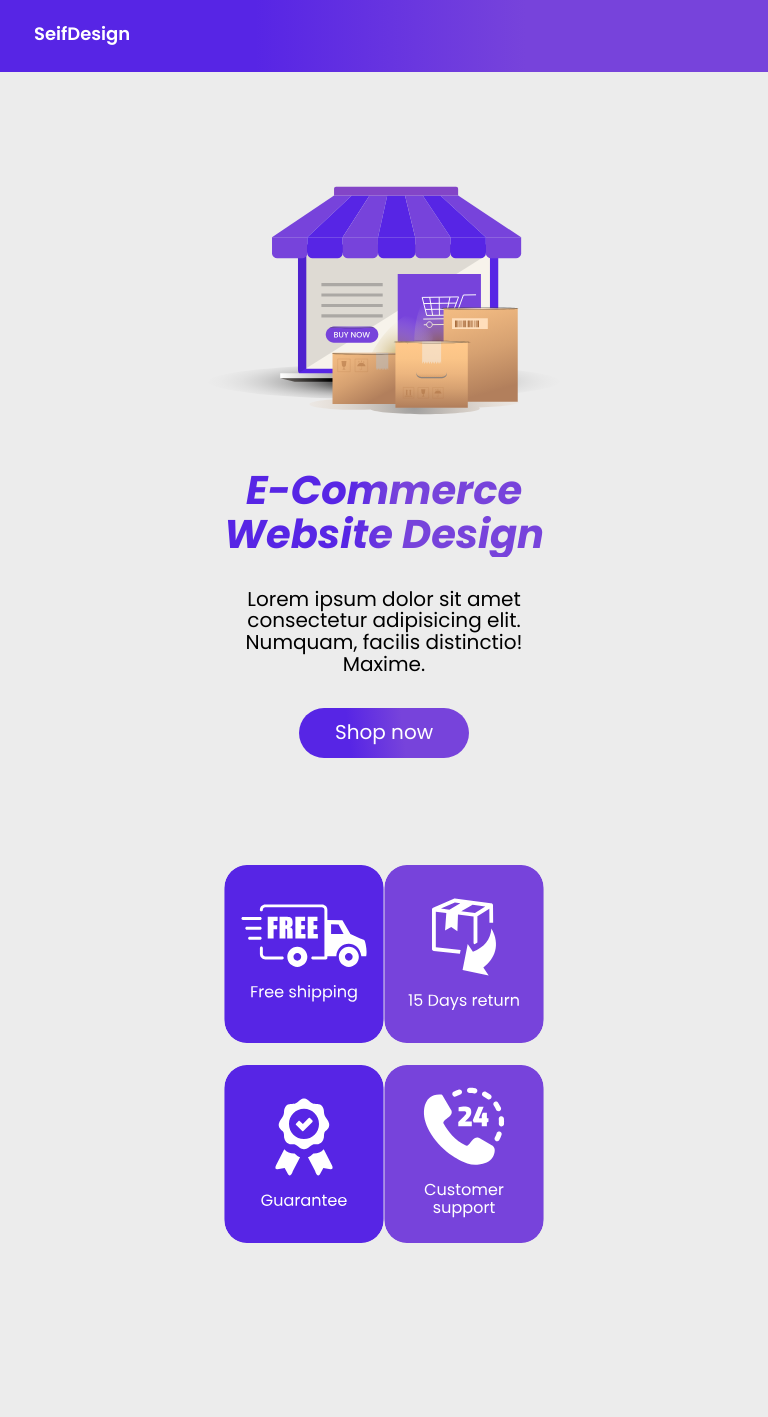
Repository: NatiqSamiyev/commers-desing-JS
Page: index.html
An editor plug-in stored every save of this project. The page is shown before and after a run of saves, followed by the edit.
The browser window is 768 px wide. The pictures show the whole page.
Some web fonts or font styles are not loaded; a fallback is used.

Above is the page before, as saved 2023-11-06 11:38:42.

### index.html
<!DOCTYPE html>
<html lang="en">
  <head>
    <meta charset="UTF-8" />
    <meta name="viewport" content="width=device-width, initial-scale=1.0" />
    <title>Document</title>
    <link rel="stylesheet" href="index.css" />
  </head>
  <body>
    <div class="commerse-design-container">
      <div class="top-container">
        <h1>SeifDesign</h1>

        <nav>
          <ul>
            <li>
              <a href="#">Product</a>
            </li>
            <li>
              <a href="#">Pricing</a>
            </li>
            <li>
              <a href="#">Contact</a>
            </li>
          </ul>
        </nav>


      </div>

      <main>
        <div class="image-container">
          <div class="box-1">
            <h2>E-Commerce Website Design</h2>
            <p>
              Lorem ipsum dolor sit amet consectetur adipisicing elit. Numquam,
              facilis distinctio! Maxime.
            </p>
            <button>
              <a href="#">Shop now</a>
            </button>
          </div>

          <div class="box-2">
            <img src="./image/Group.svg" alt="" />
          </div>
        </div>


        <div class="bottom-container">
          <div class="box-1">
            <img src="./image/Frame 12.svg" alt="" />
            <img src="./image/Frame 11.svg" alt="" />
          </div>
         <div class="box-2">
          <img src="./image/Frame 10.svg" alt="" />
          <img src="./image/Frame 13.svg" alt="" />
         </div>

        </div>
      </main>


  </body>
  <script src="./index.js"></script>
</html>

### index.css
@import url("https://fonts.googleapis.com/css2?family=Epilogue:wght@400;600;700;800;900&family=Inter:wght@400;500;600;700&family=Laila:wght@700&family=Open+Sans:wght@400;600;700;800&family=Poppins:ital,wght@0,400;0,500;0,600;0,700;1,700&family=Roboto+Slab:wght@700&family=Roboto:wght@400;700;900&display=swap");

* {
  margin: 0;
  padding: 0;
  box-sizing: border-box;
}

.commerse-design-container {
  width: 100%;
  padding: 0 0 33px 0;
  min-height: 100vh;
}

.top-container {
  width: 100%;
  padding: 16px 0 21px 34px;
  height: 72px;
  display: flex;
  justify-content: flex-start;
  align-items: center;
  background: linear-gradient(270deg, #7743db 31.64%, #5725e5 66.78%);
}

.top-container h1 {
  color: #fff;
  font-family: Poppins;
  font-size: 26px;
  font-style: normal;
  font-weight: 600;
  line-height: normal;
}

.top-container nav {
  margin-left: 200px;
}

.top-container nav ul {
  display: flex;
}

.top-container nav ul li {
  margin-right: 73px;
  list-style-type: none;
}

.top-container nav ul li a {
  text-decoration: none;
  color: #fff;
  text-align: center;
  font-family: Poppins;
  font-size: 24px;
  font-style: normal;
  font-weight: 300;
  line-height: normal;
}



main {
  width: 100%;
  padding: 100px 83px;

}
main .image-container{
  margin-bottom: 83px;
  display: flex;
  justify-content: space-between;
}

main .image-container .box-1 {
  /* padding: 3px 34px;
  height: 403px; */
}

.box-1 h2 {
  margin-bottom: 32px;
  font-family: Poppins;
  font-size: 68px;
  font-style: italic;
  font-weight: 700;
  line-height: 109%;
  background: linear-gradient(268deg, #7743db 46.2%, #5725e5 59.09%);
  background-clip: text;
  -webkit-background-clip: text;
  -webkit-text-fill-color: transparent;
}

.box-1 p {
  margin-bottom: 32px;
  color: #000;
  font-family: Poppins;
  font-size: 26px;
  font-style: normal;
  font-weight: 300;
  line-height: 109%;
}

.box-1 button {
  width: 170px;
  height: 50px;
  padding: 0px 24px;
  display: flex;
  justify-content: center;
  align-items: center;
  gap: 10px;
  border-radius: 25px;
  background: linear-gradient(263deg, #7743db 38.81%, #5725e5 70.24%);
  border: none;
}

.box-1 button a {
  text-decoration: none;
  color: #fff;
  font-family: Poppins;
  font-size: 20px;
  font-style: normal;
  font-weight: 400;
  line-height: 109%;
}

.box-2 img {
  width: 677.61px;
  height: 437.417px;
}

.bottom-container {
  display: flex;
  justify-content: center;
}

.bottom-container img {
  margin-right: 64px;
  width: 178px;
  height: 199px;
  padding: 10px;
  border-radius: 25px;
}
.bottom-container .box-1{
  display: flex;
}

.bottom-container .box-2{
  display: flex;
}
/* mobile design */

@media screen and (max-width: 768px) {
  .commerse-design-container {
    background-color: #ececec;
  }

  .top-container {
    /* padding: 17.5px 20px/; */
    justify-content: space-between;
  }

  .top-container h1 {
    font-size: 18px;
  }

  .top-container nav {
    display: none;
  }



  main {

    margin-bottom: 0;

  }

  .box-2 {
    margin-bottom: 29px;
    display: flex;
    justify-content: center;
    align-items: center;
  }
 .image-container {
  flex-direction: column-reverse;
 }
  .box-2 img {
    width: 352px;
    height: 256.511px;
  }

 .image-container .box-1 {
    width: 100%;
    padding: 0;
    height: 312px;
    display: flex;
    justify-content: center;
    flex-direction: column;
    align-items: center;
  }

 .image-container .box-1 h2 {
    width: 390px;
    text-align: center;
    font-size: 40px;
  }

  .box-1 p {
    width: 332px;
    text-align: center;
    font-size: 20px;
  }

  .bottom-container {
    margin: auto;
    width: 345px;
    margin-top: 46px;
    display: flex;
    height: 431px;
    flex-direction: column;
    justify-content: center;
    align-items: center;
    gap: 20px;
    flex-wrap: wrap;
  }

  .bottom-container img {
    width: 160px;
    height: 180px;
    padding: 0;
    margin-right: 0;
  }

  .box-1 button {
    margin-bottom: 0;
  }
}

Loaded but not shown: index.js (no stored copy; drawn as an empty file)

After the next 2 saves:
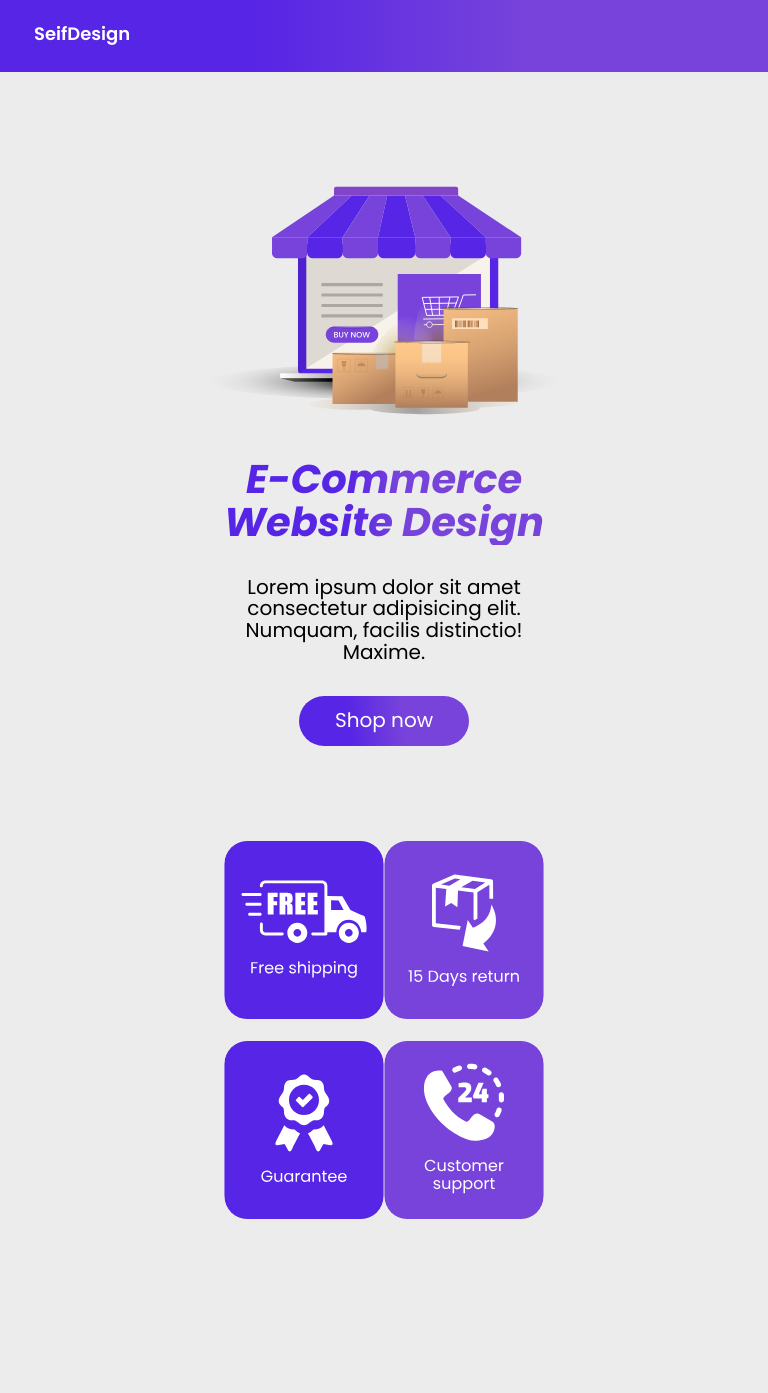
The 2 saves are shown as one change because they came seconds apart.
The last was saved 12 s later.
--- a/index.css
+++ b/index.css
@@ -187,8 +187,8 @@ main .image-container .box-1 {
 
  .image-container .box-1 {
     width: 100%;
-    padding: 0;
-    height: 312px;
+    /* padding: 0; */
+    /* height: 312px; */
     display: flex;
     justify-content: center;
     flex-direction: column;
